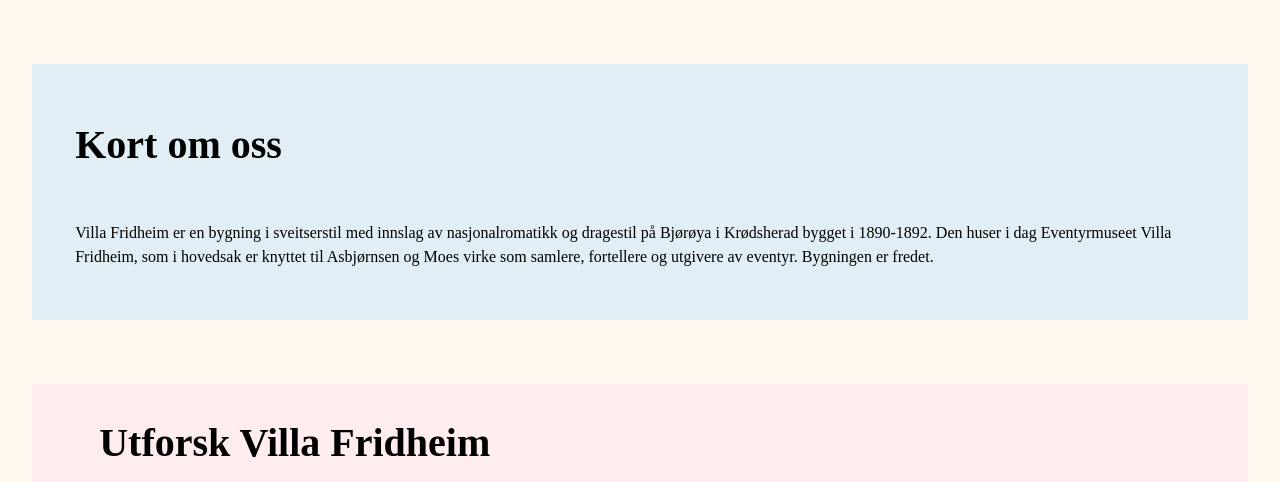
Repository: IdaHolmen/villa-fridheim
Page: index.html
An editor plug-in stored every save of this project. The page is shown before and after the next save, followed by the edit.
The browser window is 1280 px wide. The pictures show the part of the page from y = 552 to 1034 px (the page is 1578 px tall before and 2832 px after).
A picture or video elsewhere on the page could not be fetched, so the positions and the page height are approximate. Some web fonts or font styles are not loaded; a fallback is used.

Above is the page before, as saved 2024-10-16 07:21:42.

### index.html
<!DOCTYPE html>
<html lang="en">
    <head>
        <meta charset="UTF-8" />
        <meta name="viewport" content="width=device-width, initial-scale=1.0" />

        <link
            rel="icon"
            type="image/x-icon"
            href="./assets/villa-fridheim-logo.svg"
            alt="Omrisset av et eventyrslott"
        />

        <link rel="stylesheet" type="text/css" href="./css/reset.css" />
        <link rel="stylesheet" type="text/css" href="./css/style.css" />
        <link rel="stylesheet" type="text/css" href="./css/media-queries.css" />
        <title>Villa Fridheim</title>
    </head>

    <body>
        <header>
            <div class="headline-container">
                <img src="./assets/villa-fridheim-logo.svg" alt="Omrisset av et eventyrslott" id="main-logo" />
                <h1 id="main-headline">Villa Fridheim</h1>
            </div>

            <nav class="nav-bar">
                <a href="./src/about.html" class="nav-link">Om muséet</a>
                <a href="./src/info.html" class="nav-link">Åpningstider og priser</a>
                <a href="./src/activities.html" class="nav-link">Aktiviteter og opplevelser</a>
                <a href="./src/booking.html" class="nav-link">Booking</a>
            </nav>
        </header>

        <main class="main-container">
            <section class="hero-section">
                <div class="hero-container">
                    <img
                        src="./assets/ville-fridheim-historic.jpeg"
                        alt="Et gammelt svart-hvitt-bilde av Villa Fridheim"
                        class="hero-image"
                    />
                </div>

                <div class="hero-text-container">
                    <span class="hero-content">Villa</span>
                    <span class="hero-content">Fridheim</span>
                    <span id="hero-content-sub-headline">- en eventyrhistorie</span>
                </div>
            </section>

            <section class="intro-section">
                <article class="intro-container">
                    <h2 class="section-headline">Kort om oss</h2>
                    <p>
                        Villa Fridheim er en bygning i sveitserstil med innslag av nasjonalromatikk og dragestil på
                        Bjørøya i Krødsherad bygget i 1890-1892. Den huser i dag Eventyrmuseet Villa Fridheim, som i
                        hovedsak er knyttet til Asbjørnsen og Moes virke som samlere, fortellere og utgivere av eventyr.
                        Bygningen er fredet.
                    </p>
                </article>
            </section>

            <section class="link-section">
                <div class="link-container-headline">
                    <h2 class="section-headline">Utforsk Villa Fridheim</h2>
                </div>
                <div class="link-container">
                    <a href="./src/about.html" class="navigation-container">
                        <img
                            src="./assets/faded-image-outside.jpeg"
                            alt="Et gult hus i sveitserstil"
                            class="link-image"
                        />
                        <h3 class="link-sub-headline">Om muséet</h3>
                        <p>Lær mer om historien til Villa Fridheim</p>
                    </a>
                    <a href="./src/info.html" class="navigation-container">
                        <img
                            src="./assets/inside-view2.jpg"
                            alt="Et gang i mørkt treverk med eventyrmotiver på veggen"
                            class="link-image"
                        />
                        <h3 class="link-sub-headline">Åpningstider og Priser</h3>
                        <p>Mer informasjon om ankomst finnes også her</p>
                    </a>
                    <a href="./src/activities.html" class="navigation-container">
                        <img src="./assets/kajakk.jpg" alt="To personer i hver sin kajakk" class="link-image" />
                        <h3 class="link-sub-headline">Aktiviteter</h3>
                        <p>Mer informasjon om hvilke aktiviteter vi tilbyr</p>
                    </a>
                    <a href="./src/booking.html" class="navigation-container">
                        <img
                            src="./assets/troll.jpeg"
                            alt="Et barn som holder hender med et troll"
                            class="link-image"
                        />
                        <h3 class="link-sub-headline">Booking</h3>
                        <p>Book aktiviteter eller omvisninger</p>
                    </a>
                </div>
            </section>
        </main>

        <footer class="footer">
            <h3>Kontaktinformasjon:</h3>
            <p>
                E-post:
                <a href="" id="email-element">villafridheim@museer.no</a>
            </p>
            <p>Telefon: 12345678</p>
        </footer>
    </body>
</html>

### css/reset.css
*, *::before, *::after {
	box-sizing: border-box;
  }

* {
	margin: 0;
	padding: 0;
}

body {
	line-height: 1.5;
	-webkit-font-smoothing: antialiased;
}

img, picture, video, canvas, svg {
	display: block;
	max-width: 100%;
}

input, textarea, select {
	font: inherit;
}

p, h1, h2, h3, h4, h5, h6 {
	overflow-wrap: break-word;
}

#root, #__next {
	isolation: isolate;
}

button {
	font: inherit;
	background: transparent;
	border: none;
	cursor: pointer;
	touch-action: manipulation;
}

a {
	color: inherit;
	text-decoration: none;
}

### css/style.css
@import url('https://fonts.googleapis.com/css2?family=Caudex:ital,wght@0,400;0,700;1,400;1,700&display=swap');

:root {
    --primary-color: #fff9ef;
    --secondary-color: #1d3d23;
}

/* GENERAL STYLING ACROSS THE DIFFERENT PAGES */
body {
    height: 100vh;
    width: 100%;
    display: flex;
    flex-direction: column;
    background-color: var(--primary-color);
    font-family: 'Caudex', 'Times New Roman', Times, serif;
}

.main-container {
    flex-basis: 85%;
    display: flex;
    flex-direction: column;
    align-items: center;
}

.normal-section {
    width: 100%;
    height: 100%;
    display: flex;
}

.reverse-section {
    width: 100%;
    height: 100%;
    display: flex;
}

.text-container {
    flex-basis: 50%;
    display: flex;
    flex-direction: column;
    justify-content: center;
    padding: 24px;
}

.text-container > p {
    margin: 0.5rem 0;
}

.image-container {
    flex-basis: 50%;
}

.page-image {
    height: 100%;
    object-fit: cover;
}

/* HEADER STYLING */
header {
    display: flex;
    flex-direction: row;
    justify-content: center;
    align-items: center;
    background: var(--primary-color);
    color: var(--secondary-color);
    flex-basis: 10%;
}

.headline-container {
    flex-basis: 25%;
    display: flex;
    justify-content: center;
    align-items: center;
    flex-direction: row;
}

#main-headline {
    font-size: 1.75rem;
}

#main-logo {
    /* Used pixels instead of rem for setting the logo image since I want it to stay the same size */
    height: 35px;
    width: 35px;
    margin-right: 0.5rem;
}

#home-symbol {
    margin-right: 0.5rem;
    width: 25px;
    height: 25px;
}

/* NAVIGATION BAR STYLING */
.nav-bar {
    flex-basis: 85%;
    display: flex;
    justify-content: space-around;
    flex-direction: row;
    text-align: center;
    margin: 0;
}

.nav-link {
    text-decoration: none;
    color: black;
    padding: 0.5rem 1.5rem;
    font-weight: bold;
    margin: 1rem;
    border-radius: 5px;
    display: flex;
    transition: transform 0.2s ease-in-out;
}

.nav-link:hover {
    box-shadow: rgba(149, 157, 165, 0.2) 0px 8px 24px;
    transform: scale(1.1);
}

.nav-link:active {
    background-color: #e3e3e3;
}

/* HERO SECTION STYLING */
.hero-section {
    position: relative;
    height: 30rem;
    width: 100%;
}

.hero-container {
    width: 100%;
    height: 30rem;
    object-fit: contain;
}

.hero-image {
    width: 100%;
    height: 30rem;
    object-fit: cover;
}

.hero-text-container {
    position: absolute;
    top: 0;
    left: 70%;
    width: 30%;
    height: 60%;
    color: var(--primary-color);
    display: flex;
    flex-direction: column;
}

.hero-content {
    font-size: 4.5rem;
    font-weight: bold;
}

#hero-content-sub-headline {
    font-size: 2rem;
    font-weight: bold;
    font-style: italic;
}

/* CARD SECTION STYLING */
.link-section {
    width: 95%;
    background-color: #ffeded;
    margin: 4rem 0;
    display: flex;
    flex-direction: column;
    align-items: center;
}

.link-container-headline {
    width: 95%;
    flex-basis: 10%;
    margin: 1rem 1rem 1rem 4rem;
    padding: 0.8rem;
}

.section-headline {
    font-size: 2.5rem;
}

.link-container {
    flex-basis: 90%;
    width: 95%;
    display: flex;
    justify-content: space-around;
    align-items: center;
}

.navigation-container {
    height: 22rem;
    width: 18rem;
    margin: 1rem 1rem 2rem 1rem;
    display: flex;
    padding: 0.8rem;
    flex-direction: column;
    transition: transform 0.2s ease-in-out;
}

.navigation-container:hover {
    transform: scale(1.1);
}

.link-sub-headline {
    font-size: 1.2rem;
}

.link-image {
    object-fit: cover;
    padding: 0;
    min-height: 70%;
    margin-bottom: 0.5rem;
}

/* STYLING FOR THE INTRO SECTION */
.intro-section {
    width: 95%;
    height: 16rem;
    background-color: #e2eef5;
    margin-top: 4rem;
    display: flex;
    flex-direction: column;
    align-items: center;
}

.intro-container {
    flex-basis: 90%;
    width: 95%;
    display: flex;
    flex-direction: column;
    justify-content: space-around;
    margin: 2rem;
    padding: 0.8rem;
    margin: 1rem 4rem 1rem 4rem;
}

/* STYLING FOR INFO PAGE */
.hours,
.price-element {
    margin: 1rem 0;
}

.price-element {
    width: 90%;
    display: flex;
    flex-direction: row;
    align-items: center;
    justify-content: space-between;
    font-size: 1rem;
}

/* STYLING FOR ACTIVITIES PAGE */
#home-button {
    display: flex;
    align-items: center;
}

.main-activities-container {
    flex-basis: 85%;
    display: flex;
    flex-direction: column;
    align-items: center;
}

.activities-section,
.experiences-section {
    display: flex;
    flex-direction: row;
}

.text {
    display: flex;
    flex-direction: column;
}

.text > p {
    margin: 0.5rem 0;
}

.bold-text {
    font-weight: 900;
    margin: 0.5rem 0;
}

.illustration-image {
    height: 100%;
    object-fit: cover;
    padding: 2rem 0;
}

/* FOOTER */
footer {
    background-color: var(--primary-color);
    color: var(--secondary-color);
    flex-basis: 5%;
    display: flex;
    flex-direction: row;
    justify-content: space-around;
    padding: 1rem;
    font-size: 1rem;
}

a#email-element {
    text-decoration: underline;
}

/* STYLING FOR BOOKING PAGE */
.main-headline-booking {
    color: var(--primary-color);
}

.nav-link-booking {
    color: var(--primary-color);
    text-decoration: none;
    padding: 0.5rem 1.5rem;
    font-weight: bold;
    margin: 1rem;
    border-radius: 5px;
    display: flex;
    transition: transform 0.2s ease-in-out;
}

.nav-link-booking:hover {
    box-shadow: rgba(149, 157, 165, 0.2) 0px 8px 24px;
    transform: scale(1.1);
}

.booking-header {
    backdrop-filter: blur(60px);
    background: transparent;
}

.booking-container {
    background-position: center;
    background-image: url('../assets/theodor-kittelse-troll.jpeg');
    background-repeat: no-repeat;
    background-size: cover;
    background-attachment: fixed;
    flex-basis: 85%;
    width: 100%;
    display: flex;
    justify-content: center;
    flex-direction: column;
    align-items: center;
    background-color: rgba(0, 0, 0, 0.2);
}

.booking-form {
    position: relative;
    color: var(--primary-color);
    display: flex;
    flex-direction: column;
    align-items: center;
    height: 100%;
    width: 26rem;
    margin: 2rem;
    padding: 1rem;
    border: 2px solid #b5afaf;
    border-radius: 15px;
    backdrop-filter: blur(25px);
}

.input-field {
    width: 85%;
    height: 55px;
    color: var(--primary-color);
    background: transparent;
    padding-inline: 20px 54px;
    border-radius: 30px;
    border: 2px solid #b5afaf;
    outline: none;
    margin: 1rem 0;
}

.input-field:focus::placeholder {
    color: transparent;
}

#select-field {
    appearance: none;
    width: 85%;
    height: 55px;
    color: var(--primary-color);
    background: transparent;
    padding-inline: 20px;
    border-radius: 30px;
    border: 2px solid #b5afaf;
    cursor: pointer;
    outline: none;
    background-image: linear-gradient(45deg, transparent 50%, #fff5e1 50%),
        linear-gradient(135deg, #fff5e1 50%, transparent 50%);
    background-position: calc(100% - 20px) calc(1.3rem + 2px), calc(100% - 15px) calc(1.3rem + 2px);
    background-size: 5px 5px, 5px 5px, 1px 1.5em;
    background-repeat: no-repeat;
    margin: 1rem 0;
}

#comment-input {
    width: 85%;
    height: 6rem;
    color: var(--primary-color);
    background: transparent;
    border-radius: 10px;
    border: 2px solid #b5afaf;
    outline: none;
    padding-inline: 20px;
    margin: 1rem 0;
}

::placeholder {
    color: var(--primary-color);
}

#comment-input:focus::placeholder {
    color: transparent;
}

#submit-button {
    background-color: var(--primary-color);
    width: 8rem;
    padding: 0.5rem 1.5rem;
    font-weight: bold;
    border-radius: 30px;
    transition: transform 0.2s ease-in-out;
    margin: 0.5rem 0;
}

#submit-button:hover {
    background-color: #ffe8ba;
    transform: scale(1.1);
}

#submit-button:active {
    background-color: #d4d4d4;
}

### css/media-queries.css
@media screen and (max-width: 1000px) {
    header {
        flex-direction: column;
    }

    .nav-bar {
        align-items: center;
    }

    .nav-link {
        max-width: 16rem;
        margin: 0.5rem;
    }

    .hero-section {
        height: 45rem;
        background-color: var(--secondary-color);
    }

    .hero-text-container {
        top: 68%;
        left: 10%;
        width: 80%;
        height: 30%;
    }

    .hero-content {
        font-size: 3.5rem;
    }

    .normal-section {
        flex-direction: column;
        align-items: center;
    }

    .reverse-section {
        flex-direction: column-reverse;
    }

    .link-container {
        width: 70%;
        flex-wrap: wrap;
    }
}

@media screen and (max-width: 930px) {
    .link-container {
        width: 80%;
    }

    .navigation-container {
        width: 15rem;
        height: 18rem;
    }
}

@media screen and (max-width: 700px) {
    .footer,
    .footer-front-page {
        flex-direction: column;
        align-items: center;
    }

    .nav-bar {
        flex-direction: column;
    }

    .link-section,
    .intro-section {
        width: 100%;
    }

    .link-container {
        width: 100%;
    }
}

@media screen and (max-width: 500px) {
    .booking-form {
        width: 20rem;
    }

    .hero-content-sub-headline {
        font-size: 1.5rem;
    }

    .intro-section {
        height: 20rem;
    }
}

After the next save:
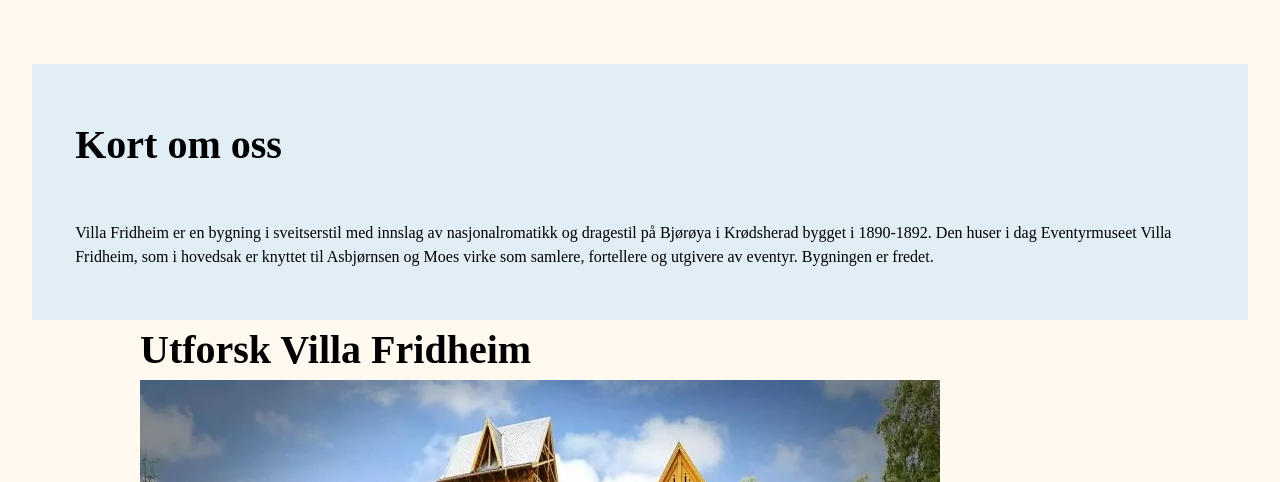
Saved 4 min 2 s later.
--- a/index.html
+++ b/index.html
@@ -61,41 +61,41 @@
                 </article>
             </section>
 
-            <section class="link-section">
-                <div class="link-container-headline">
+            <section class="card-section">
+                <div class="card-container-headline">
                     <h2 class="section-headline">Utforsk Villa Fridheim</h2>
                 </div>
-                <div class="link-container">
-                    <a href="./src/about.html" class="navigation-container">
+                <div class="card-container">
+                    <a href="./src/about.html" class="card">
                         <img
                             src="./assets/faded-image-outside.jpeg"
                             alt="Et gult hus i sveitserstil"
-                            class="link-image"
+                            class="card-image"
                         />
-                        <h3 class="link-sub-headline">Om muséet</h3>
+                        <h3 class="card-sub-headline">Om muséet</h3>
                         <p>Lær mer om historien til Villa Fridheim</p>
                     </a>
-                    <a href="./src/info.html" class="navigation-container">
+                    <a href="./src/info.html" class="card">
                         <img
                             src="./assets/inside-view2.jpg"
                             alt="Et gang i mørkt treverk med eventyrmotiver på veggen"
-                            class="link-image"
+                            class="card-image"
                         />
-                        <h3 class="link-sub-headline">Åpningstider og Priser</h3>
+                        <h3 class="card-sub-headline">Åpningstider og Priser</h3>
                         <p>Mer informasjon om ankomst finnes også her</p>
                     </a>
-                    <a href="./src/activities.html" class="navigation-container">
-                        <img src="./assets/kajakk.jpg" alt="To personer i hver sin kajakk" class="link-image" />
-                        <h3 class="link-sub-headline">Aktiviteter</h3>
+                    <a href="./src/activities.html" class="card">
+                        <img src="./assets/kajakk.jpg" alt="To personer i hver sin kajakk" class="card-image" />
+                        <h3 class="card-sub-headline">Aktiviteter</h3>
                         <p>Mer informasjon om hvilke aktiviteter vi tilbyr</p>
                     </a>
-                    <a href="./src/booking.html" class="navigation-container">
+                    <a href="./src/booking.html" class="card">
                         <img
                             src="./assets/troll.jpeg"
                             alt="Et barn som holder hender med et troll"
-                            class="link-image"
+                            class="card-image"
                         />
-                        <h3 class="link-sub-headline">Booking</h3>
+                        <h3 class="card-sub-headline">Booking</h3>
                         <p>Book aktiviteter eller omvisninger</p>
                     </a>
                 </div>

After the save that followed:
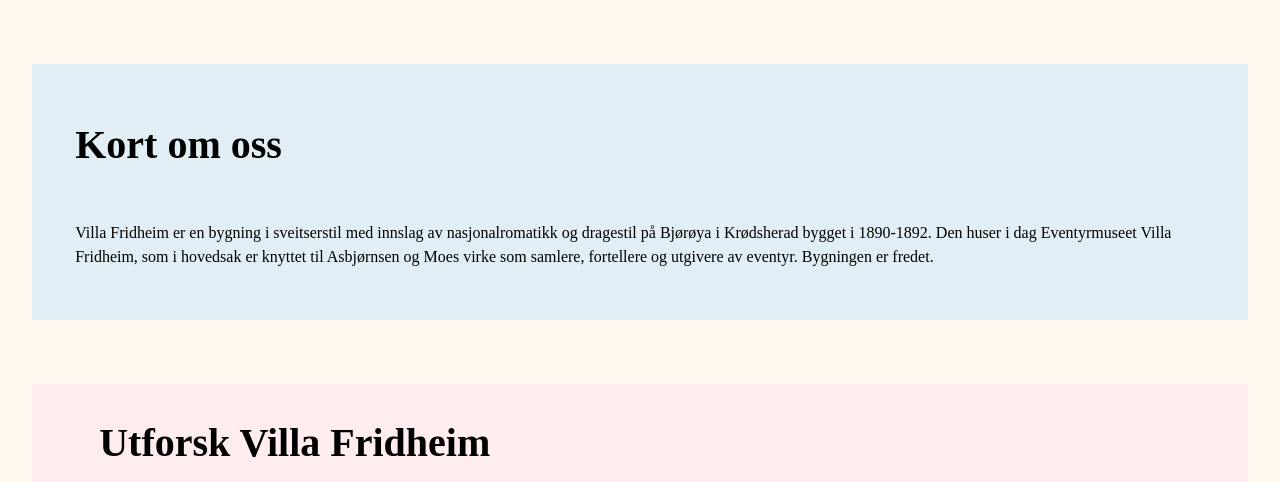
Saved 2 s later.
--- a/css/style.css
+++ b/css/style.css
@@ -53,6 +53,10 @@
 .page-image {
     height: 100%;
     object-fit: cover;
+}
+
+.section-headline {
+    font-size: 2.5rem;
 }
 
 /* HEADER STYLING */
@@ -163,7 +167,7 @@
 }
 
 /* CARD SECTION STYLING */
-.link-section {
+.card-section {
     width: 95%;
     background-color: #ffeded;
     margin: 4rem 0;
@@ -172,18 +176,14 @@
     align-items: center;
 }
 
-.link-container-headline {
+.card-container-headline {
     width: 95%;
     flex-basis: 10%;
     margin: 1rem 1rem 1rem 4rem;
     padding: 0.8rem;
 }
 
-.section-headline {
-    font-size: 2.5rem;
-}
-
-.link-container {
+.card-container {
     flex-basis: 90%;
     width: 95%;
     display: flex;
@@ -191,7 +191,7 @@
     align-items: center;
 }
 
-.navigation-container {
+.card {
     height: 22rem;
     width: 18rem;
     margin: 1rem 1rem 2rem 1rem;
@@ -201,15 +201,15 @@
     transition: transform 0.2s ease-in-out;
 }
 
-.navigation-container:hover {
+.card:hover {
     transform: scale(1.1);
 }
 
-.link-sub-headline {
+.card-sub-headline {
     font-size: 1.2rem;
 }
 
-.link-image {
+.card-image {
     object-fit: cover;
     padding: 0;
     min-height: 70%;
